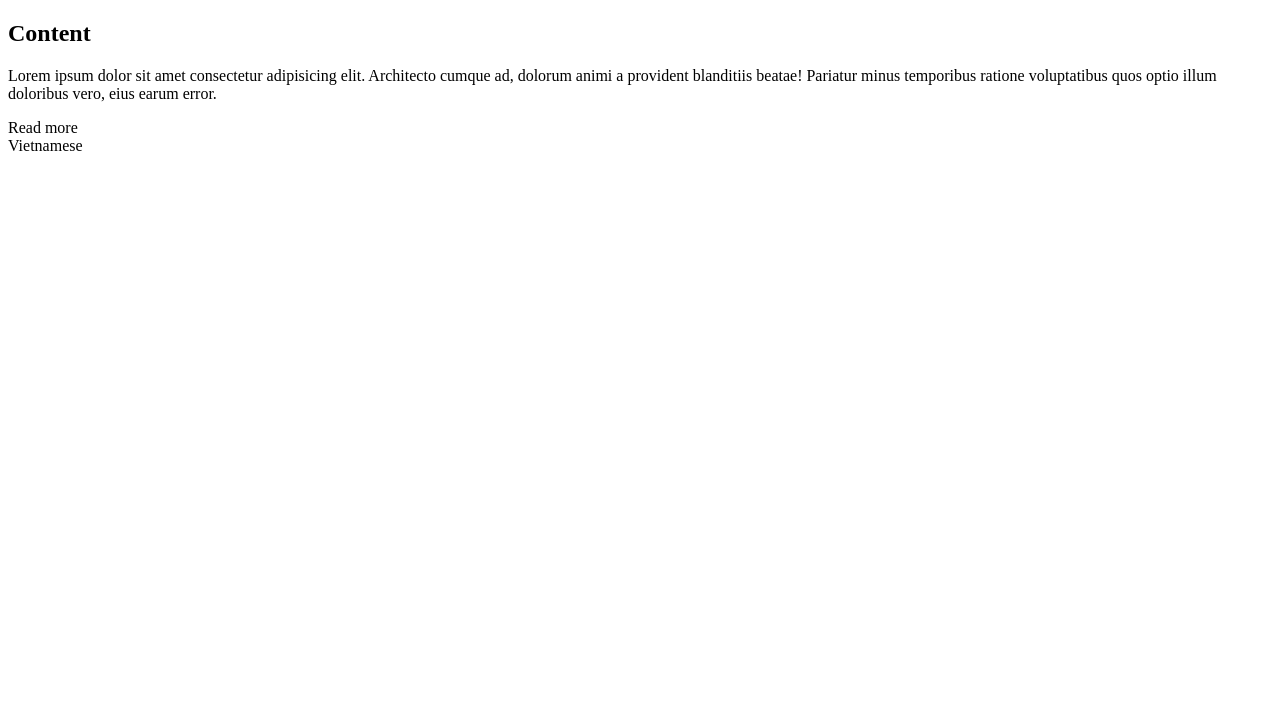
Repository: LeDucHai007/test3
Page: card.html
These files come from the project's save history. The page is drawn as it stood at one moment and after the next save; the edit follows.
The browser window is 1280 px wide. The pictures show the whole page.

Above is the page before, as saved 2022-02-16 05:28:12.

### card.html
<!DOCTYPE html>
<html lang="en">

<head>
    <meta charset="UTF-8">
    <meta http-equiv="X-UA-Compatible" content="IE=edge">
    <meta name="viewport" content="width=device-width, initial-scale=1.0">
    <title>Document</title>
    <link rel="stylesheet" href="card.css">
</head>

<body>
    <div class="card">
        <h2 class="card-title">Content</h2>
        <p class="card-body">Lorem ipsum dolor sit amet consectetur adipisicing elit. Architecto cumque ad, dolorum animi a provident blanditiis beatae! Pariatur minus temporibus ratione voluptatibus quos optio illum doloribus vero, eius earum error.</p>
        <div class="button">Read more</div>
        <div class="button">Vietnamese</div>
    </div>

</body>

</html>

### card.css
:root {
    --clr-neutral-900: hsl(207, 19%, 9%);
    --clr-neutral-100: hsl(0, 0%, 100%);
    --clr-neutral-400: hsl(142, 90%, 61%);
}

After the next save:
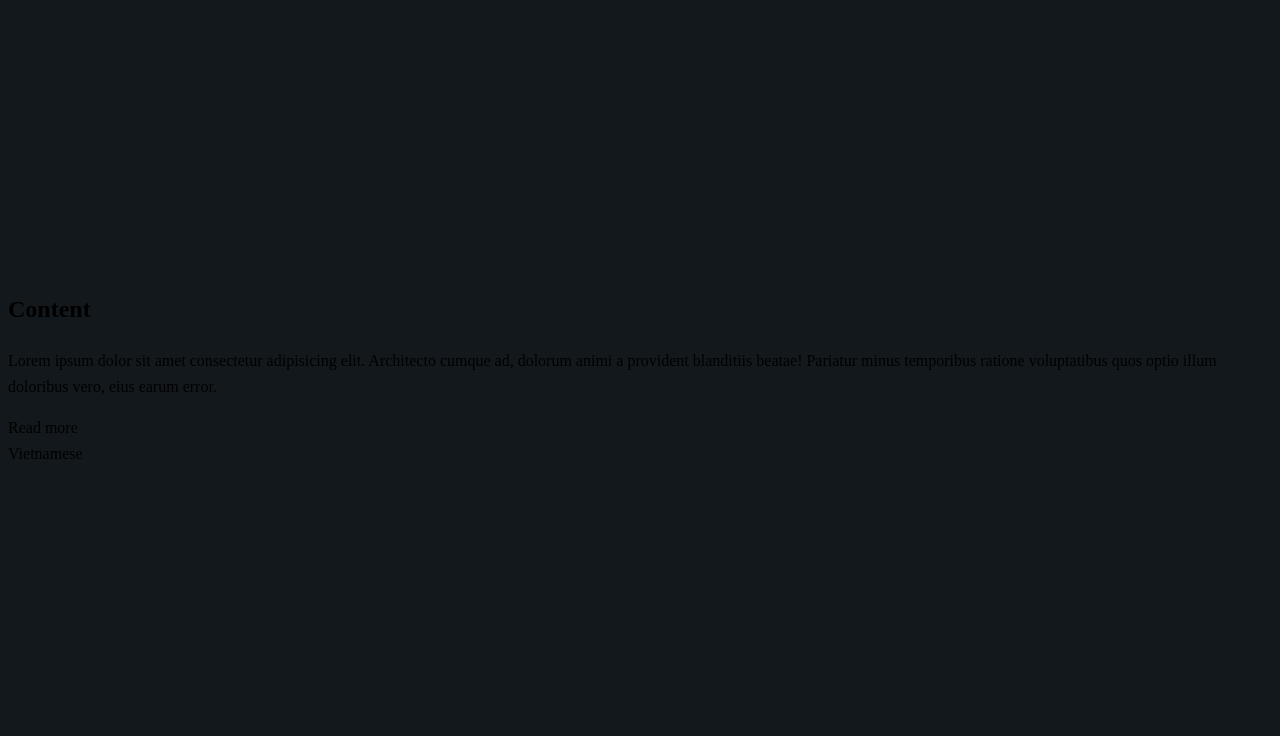
Saved 2 min 9 s later.
--- a/card.css
+++ b/card.css
@@ -3,3 +3,17 @@
     --clr-neutral-100: hsl(0, 0%, 100%);
     --clr-neutral-400: hsl(142, 90%, 61%);
 }
+
+*,
+*::before,
+*::after {
+    box-sizing: border-box;
+}
+
+body {
+    display: grid;
+    min-height: 100vh;
+    place-items: center;
+    line-height: 1.6;
+    background: #13181c;
+}
